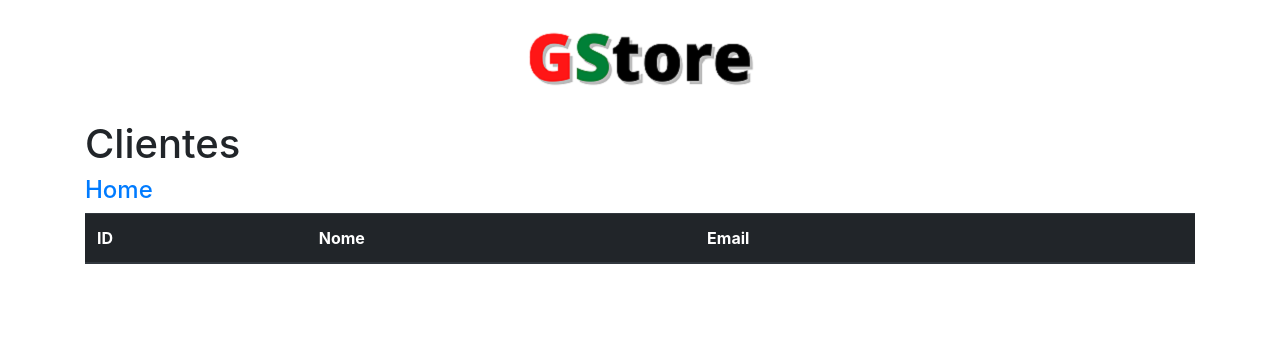
Repository: ElizeusRamos/gstore
Page: http://localhost/GStoreWeb/ClienteController
These files come from the project's save history. The page is drawn as it stood at one moment and after the next save; the edit follows.
The browser window is 1280 px wide. The pictures show the whole page.
The page is served by Tomcat 9. Other server files are loaded and not shown.

Above is the page before, as saved 2022-05-29 14:38:09.

### GStoreWorkspace/GStoreWeb/WebContent/WEB-INF/Cliente.jsp
<%@ page language="java" contentType="text/html; charset=ISO-8859-1"
    pageEncoding="ISO-8859-1"%>
<!DOCTYPE html>
<html>
	<head>
		<meta charset="ISO-8859-1">
		<title>Área do Cliente</title>

		<link rel="stylesheet" type="text/css" href="styles/bootstrap.min.css" media="screen" />
		<script type="text/javascript" src="scripts/jquery.min.js"></script>
		<script type="text/javascript" src="scripts/popper.min.js"></script>
		<script type="text/javascript" src="scripts/bootstrap.min.js"></script>
		<script type="text/javascript" src="scripts/jquery.mask.min.js"></script>
	</head>
	<body>
		<div class="container">
			<div>
				<img src="assets/GStore.png" class="img-fluid mx-auto d-block" alt="gstore logotipo">
			</div>
			<h1>Clientes</h1>
			<h4><a href="index.html">Home</a></h4>
			<table class="table table-dark">
				<thead>
					<tr>
						<th scope="col">ID</th>
						<th scope="col">Nome</th>
						<th scope="col">Email</th>
						<th scope="col"></th>
					</tr>
				</thead>
				<tbody>
					<tr>

					</tr>
				</tbody>
			</table>
		</div>
	</body>
</html>

### GStoreWorkspace/GStoreWeb/src/com/gstore/servlets/ClienteController.java
package com.gstore.servlets;

import java.io.IOException;

import javax.servlet.RequestDispatcher;
import javax.servlet.ServletException;
import javax.servlet.annotation.WebServlet;
import javax.servlet.http.HttpServlet;
import javax.servlet.http.HttpServletRequest;
import javax.servlet.http.HttpServletResponse;

@WebServlet("/ClienteController")
public class ClienteController extends HttpServlet {
	private static final long serialVersionUID = 1L;

    public ClienteController() {
        super();
    }

	protected void doGet(HttpServletRequest request, HttpServletResponse response) throws ServletException, IOException {
		RequestDispatcher rd = request.getRequestDispatcher("/WEB-INF/Cliente.jsp");
		rd.forward(request, response);
	}

	protected void doPost(HttpServletRequest request, HttpServletResponse response) throws ServletException, IOException {
		doGet(request, response);
	}

}

Loaded but not shown: GStoreWorkspace/GStoreWeb/WebContent/styles/bootstrap.min.css (library); GStoreWorkspace/GStoreWeb/WebContent/scripts/jquery.min.js (library); GStoreWorkspace/GStoreWeb/WebContent/scripts/popper.min.js (library); GStoreWorkspace/GStoreWeb/WebContent/scripts/bootstrap.min.js (library); GStoreWorkspace/GStoreWeb/WebContent/scripts/jquery.mask.min.js (library)

After the next save:
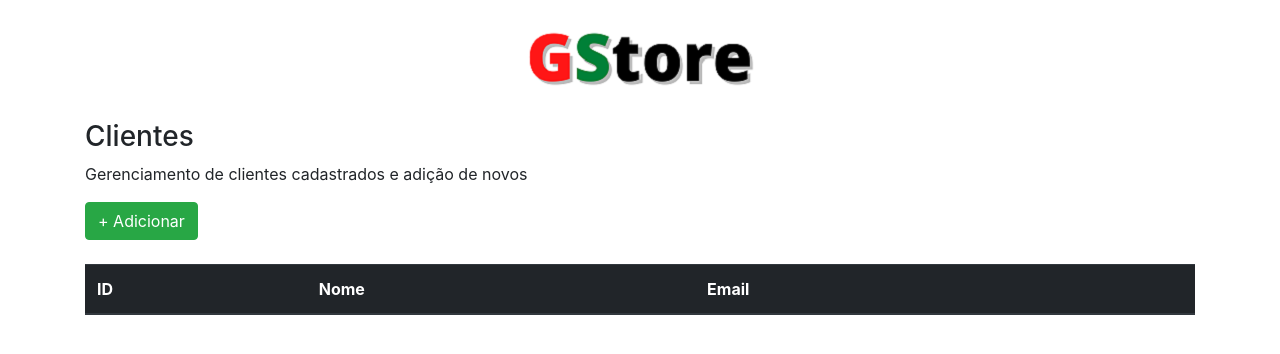
Saved 20 min 50 s later.
--- a/GStoreWorkspace/GStoreWeb/WebContent/WEB-INF/Cliente.jsp
+++ b/GStoreWorkspace/GStoreWeb/WebContent/WEB-INF/Cliente.jsp
@@ -17,8 +17,16 @@
 			<div>
 				<img src="assets/GStore.png" class="img-fluid mx-auto d-block" alt="gstore logotipo">
 			</div>
-			<h1>Clientes</h1>
-			<h4><a href="index.html">Home</a></h4>
+
+			<div>
+				<h3>Clientes</h3>
+				<p>Gerenciamento de clientes cadastrados e adição de novos</p>
+			</div>
+
+			<div class="row mb-4 mx-auto">
+				<button class="btn btn-success">+ Adicionar</button>
+			</div>
+
 			<table class="table table-dark">
 				<thead>
 					<tr>
